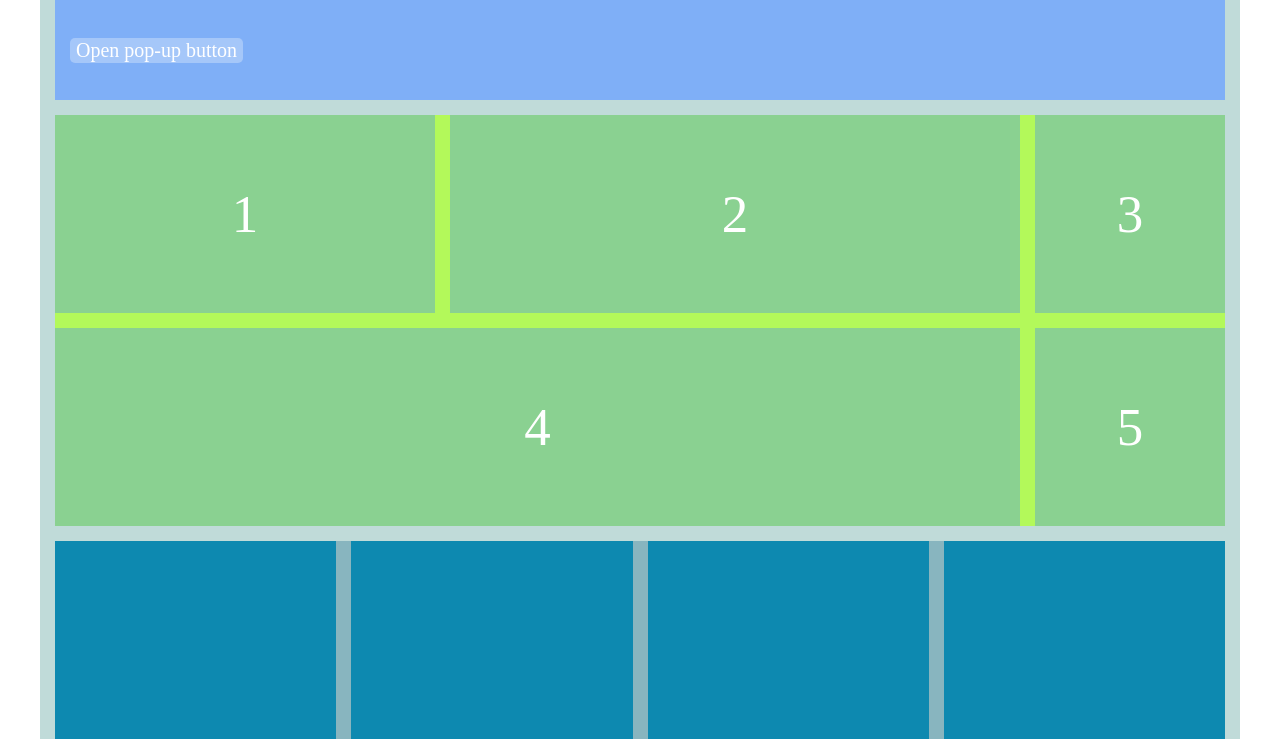
Repository: Evgenius190999999/nodasoft
Page: index.html
These files come from the project's save history. The page is drawn as it stood at one moment and after a run of saves; the edit follows.
The browser window is 1280 px wide. The pictures show the whole page.
Some web libraries are served in a nearby version. The style sheet was rebuilt from its Sass, Less or Tailwind sources for each picture, by a compiler version that may differ from the author's.

Above is the page before, as saved 2022-07-08 15:08:52.

After the next 2 saves:
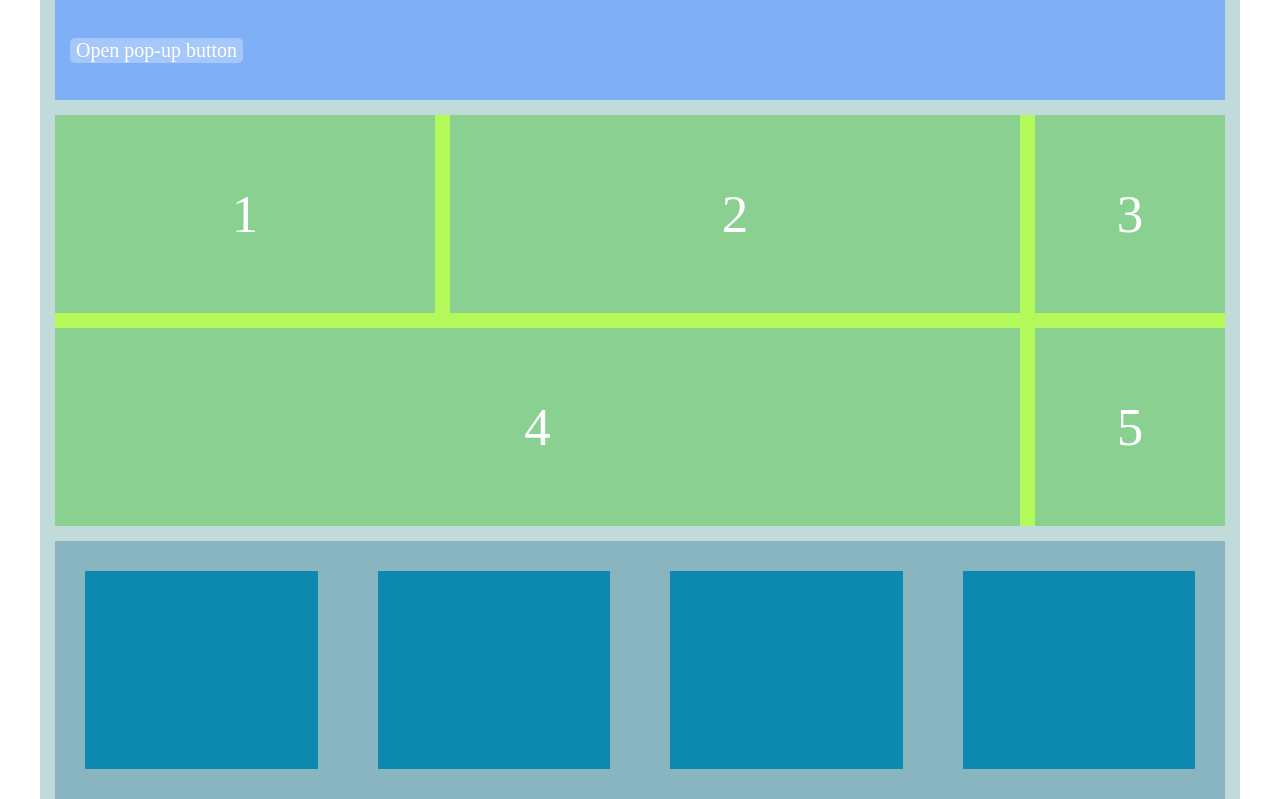
The 2 saves are shown as one change because they came seconds apart.
The last was saved 36 s later.
--- a/style/sass/style.sass
+++ b/style/sass/style.sass
@@ -60,12 +60,13 @@
     display: grid
     grid-template-columns: repeat(4, 1fr)
     grid-template-rows: 1fr
-    grid-column-gap: 15px
+    grid-column-gap: 0px
     grid-row-gap: 0px
     background: #88B5BF
     div
         height: 198px
         background: #0D89B0
+        margin: 30px
 
 .div1
     grid-area: 1 / 1 / 2 / 2
